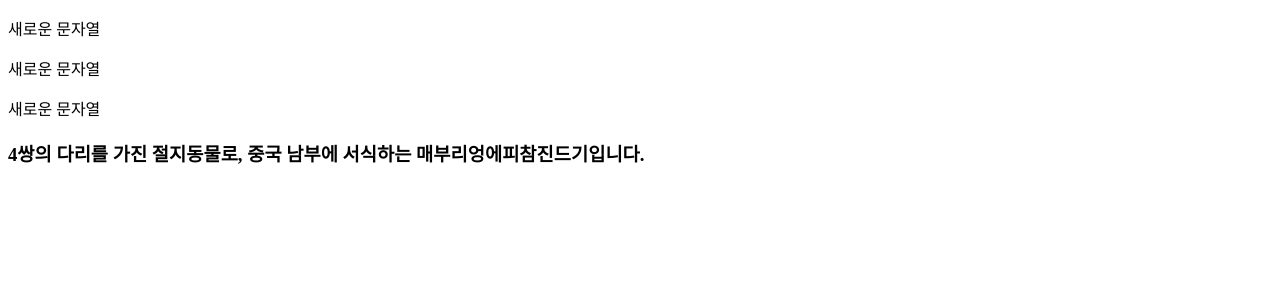
Repository: suhong99/JqueryLecture
Page: sample01/src/main/webapp/index.html
These files come from the project's save history. The page is drawn as it stood at one moment and after the next save; the edit follows.
The browser window is 1280 px wide. The pictures show the whole page.

Above is the page before, as saved 2023-06-26 01:29:25.

### sample01/src/main/webapp/index.html
<!DOCTYPE html>
<html>
<head>
<meta charset="UTF-8">
<title>Insert title here</title>
</head>
<body>
<!--
		Jquery : Java script 경량화, 간략화
					Ajax (비동기 통신) == xhttp

		Jquery-UI
		document.getElementById(아이디)

		DOM(Document Object Model) - Javascript
		document.getElementById(아이디).innerHTML.value

		$(tag 또는 id 또는 class 또는 name).핸들러함수(매개변수)
										.load()


-->

<p>소나무와 푸른 바다가 넘실대는 서해 대청도입니다. </p>
<p id="demo">많은 철새가 대청도를 거쳐 남북을 오고 갑니다. </p>
<p class ="cls">서울대 연구진은 지난해 4월 이곳을 찾은 철새인 촉새에 달라붙은 외래종 생물을 발견했습니다.</p>
<h3 class='cls'>4쌍의 다리를 가진 절지동물로, 중국 남부에 서식하는 매부리엉에피참진드기입니다.</h3>

<script type="text/javascript">
	let arrPtag= document.getElementsByTagName("p");
	for(i=0;i<arrPtag.length;i++){
		arrPtag[i].innerHTML = "새로운 문자열";
	}

</script>
</body>
</html>

After the next save:
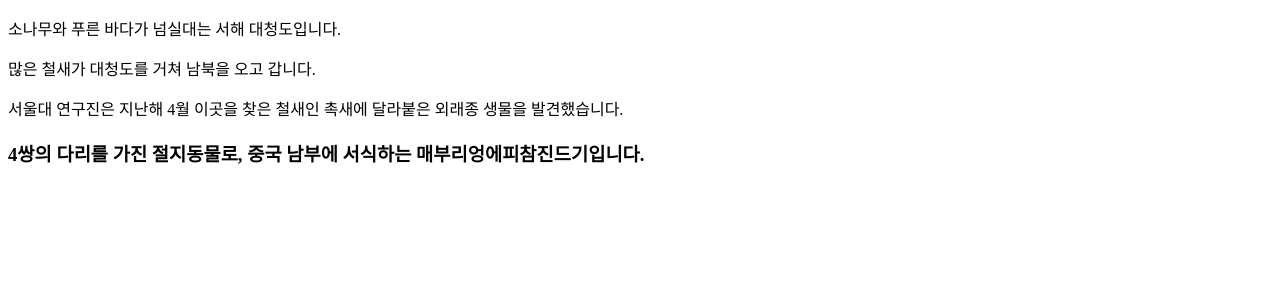
Console error: ReferenceError: $ is not defined
Saved 2 min 36 s later.
--- a/sample01/src/main/webapp/index.html
+++ b/sample01/src/main/webapp/index.html
@@ -27,11 +27,15 @@
 <h3 class='cls'>4쌍의 다리를 가진 절지동물로, 중국 남부에 서식하는 매부리엉에피참진드기입니다.</h3>
 
 <script type="text/javascript">
-	let arrPtag= document.getElementsByTagName("p");
+/* 	let arrPtag= document.getElementsByTagName("p");
 	for(i=0;i<arrPtag.length;i++){
 		arrPtag[i].innerHTML = "새로운 문자열";
 	}
+ */
+ $("p").html("새로운 문자열");
+ $(document).ready(function(){
 
+ });
 </script>
 </body>
 </html>

After the save that followed:
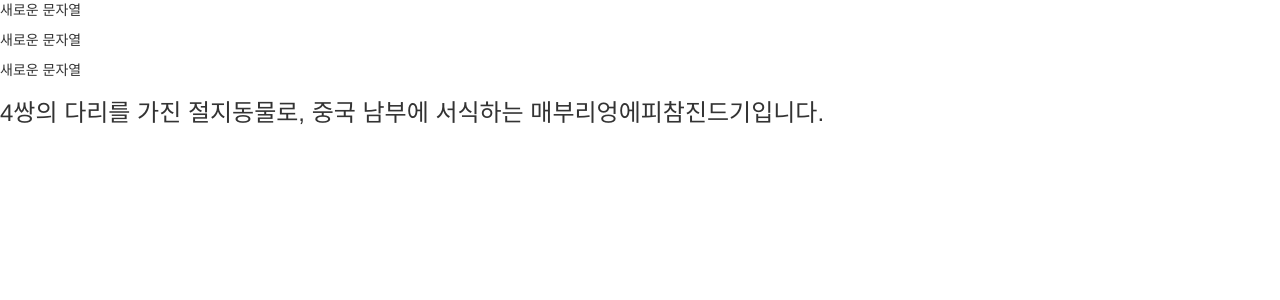
The error is gone.
Saved 5 min 16 s later.
--- a/sample01/src/main/webapp/index.html
+++ b/sample01/src/main/webapp/index.html
@@ -3,6 +3,10 @@
 <head>
 <meta charset="UTF-8">
 <title>Insert title here</title>
+  <link rel="stylesheet" href="https://maxcdn.bootstrapcdn.com/bootstrap/3.4.1/css/bootstrap.min.css">
+  <script src="https://ajax.googleapis.com/ajax/libs/jquery/3.6.4/jquery.min.js"></script>
+  <script src="https://maxcdn.bootstrapcdn.com/bootstrap/3.4.1/js/bootstrap.min.js"></script>
+
 </head>
 <body>
 <!--
